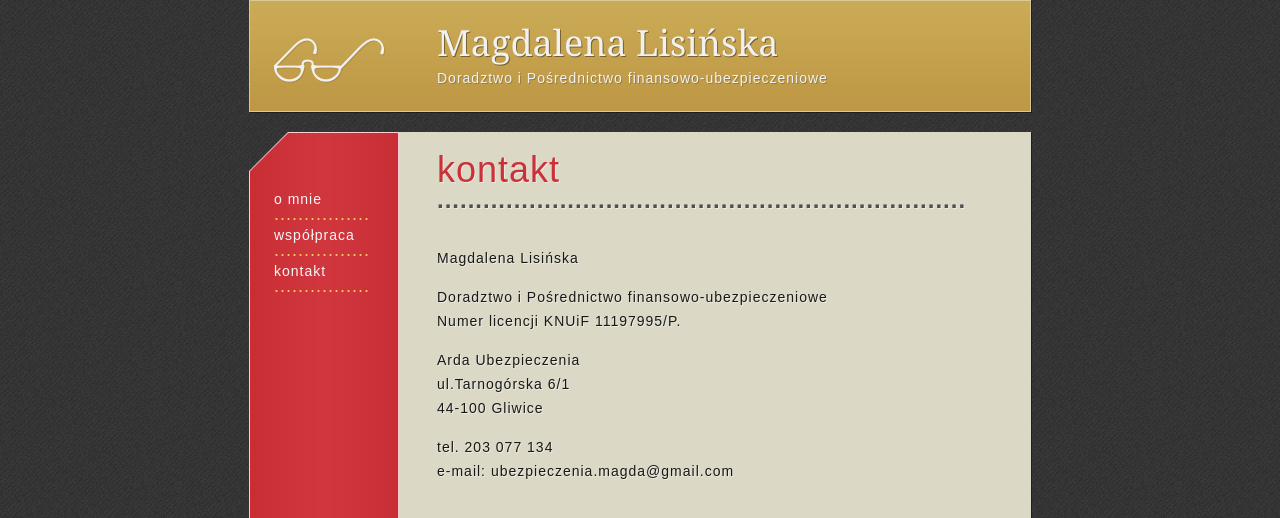
Repository: gabr/php_elicpse_workspace
Page: Magda Lisinska/kontakt.html
The author's editor kept a copy of each file at every save. The page is drawn from the files as they stood at one save, then again after the next save.
The browser window is 1280 px wide. The pictures show the part of the page from y = 0 to 518 px (the page is 1030 px tall).
Pictures or frames that could not be fetched are drawn as grey boxes.

Above is the page before, as saved 2013-03-06 20:58:02.

After the next save:
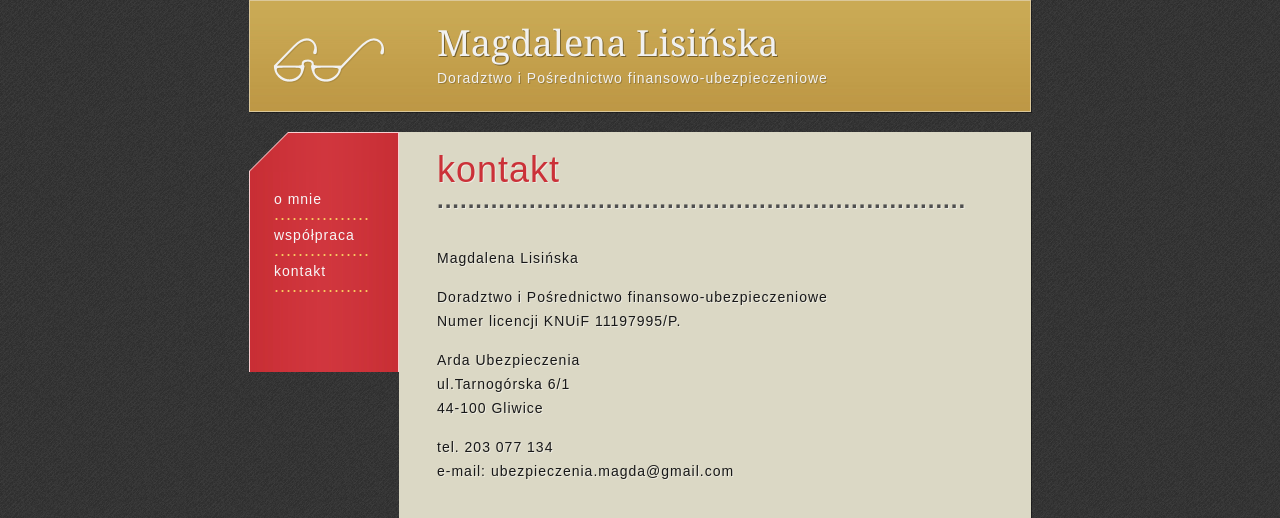
Saved 7 min 15 s later.
--- a/Magda Lisinska/js/script.js
+++ b/Magda Lisinska/js/script.js
@@ -1,5 +1,5 @@
 $(document).ready(function() {
 	var height = $("#footer").offset().top - $("#menu-body").offset().top;
 	$("#menu").css("height", height);
-    $("#menu-body").css("height", height);
+    //$("#menu-body").css("height", height);
 });

After the save that followed:
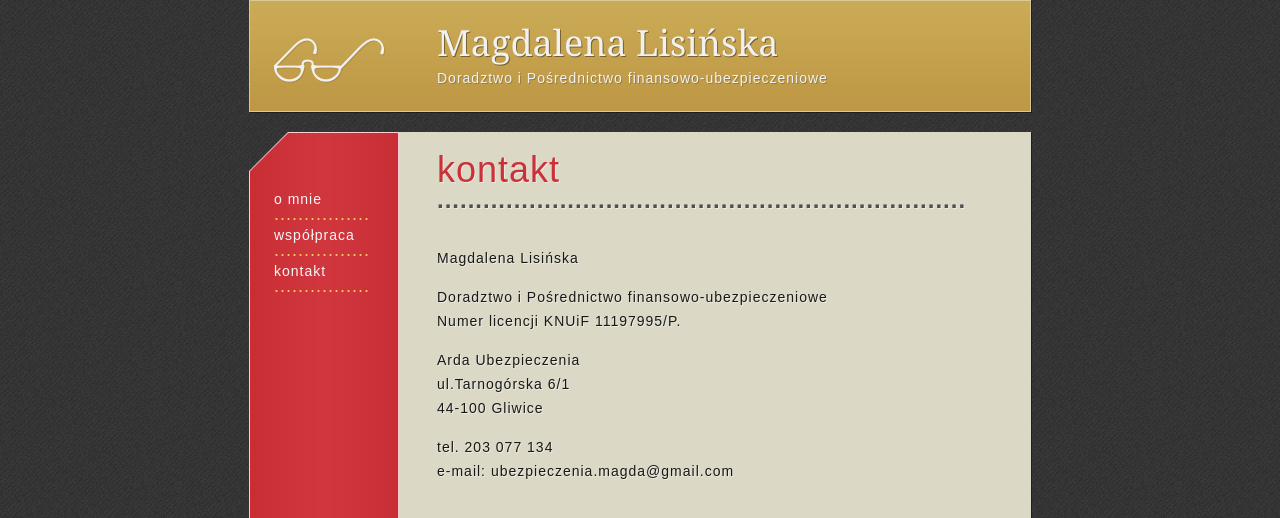
Saved 14 s later.
--- a/Magda Lisinska/js/script.js
+++ b/Magda Lisinska/js/script.js
@@ -1,5 +1,5 @@
 $(document).ready(function() {
 	var height = $("#footer").offset().top - $("#menu-body").offset().top;
-	$("#menu").css("height", height);
-    //$("#menu-body").css("height", height);
+	//$("#menu").css("height", height);
+    $("#menu-body").css("height", height);
 });
